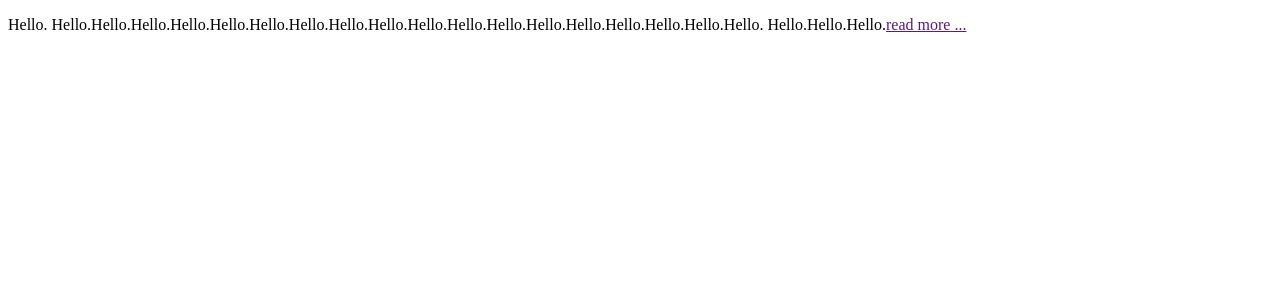
Repository: kojimayu/dotinstall-JavaScript-DOM
Page: index.html
These files come from the project's save history. The page is drawn as it stood at one moment and after the next save; the edit follows.
The browser window is 1280 px wide. The pictures show the whole page.

Above is the page before, as saved 2019-04-13 17:55:07.

After the next save:
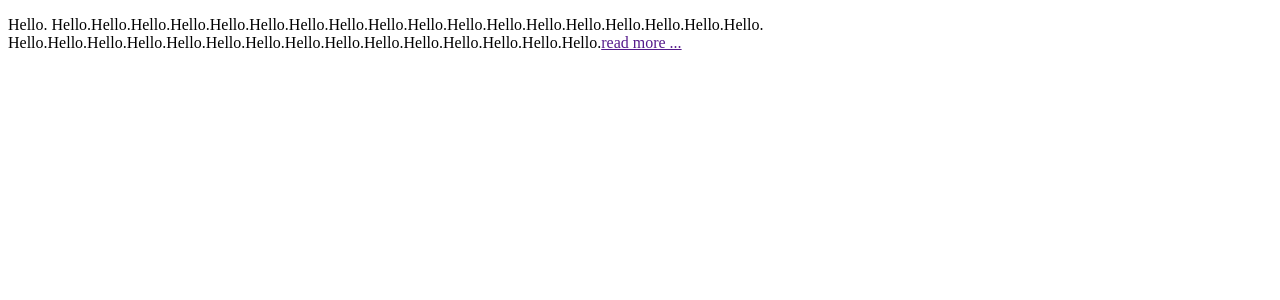
Saved 32 s later.
--- a/index.html
+++ b/index.html
@@ -10,7 +10,7 @@
 </head>
 
 <body>
-  <p>Hello. Hello.Hello.Hello.Hello.Hello.Hello.Hello.Hello.Hello.Hello.Hello.Hello.Hello.Hello.Hello.Hello.Hello.Hello.<span class="hidden"> Hello.Hello.Hello.</span><a href="">read more ...</a></p>
+  <p>Hello. Hello.Hello.Hello.Hello.Hello.Hello.Hello.Hello.Hello.Hello.Hello.Hello.Hello.Hello.Hello.Hello.Hello.Hello.<span class="hidden"> Hello.Hello.Hello.Hello.Hello.Hello.Hello.Hello.Hello.Hello.Hello.Hello.Hello.Hello.Hello.</span><a href="">read more ...</a></p>
 
   <script src="js/main.js"></script>
 
